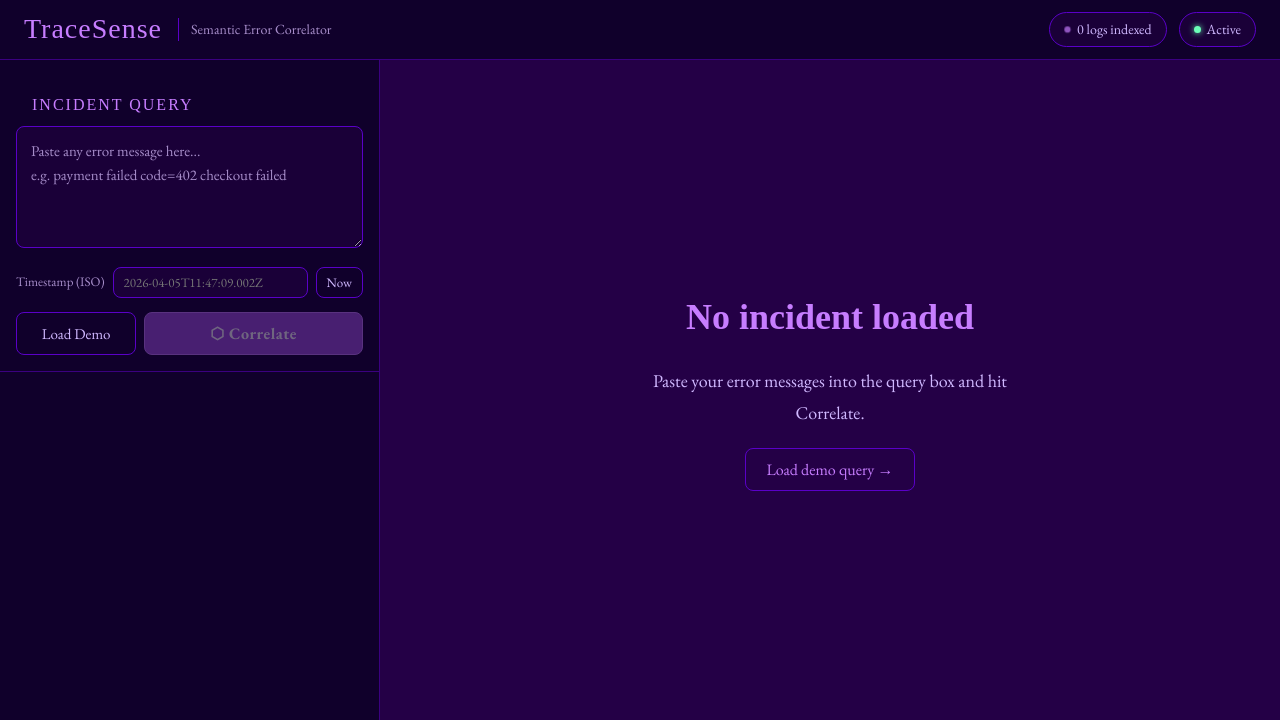
Repository: SaranyaM15/AI_Engineer_Journey
Page: / (app in tracesense/frontend/)
The author's editor kept a copy of each file at every save. The page is drawn from the files as they stood at one save, then again after the next save.
The browser window is 1280 px wide. The pictures show the whole page.
The page's requests for data from a server got no answer. Some web fonts or font styles are not loaded; a fallback is used. The project was rebuilt for these pictures with package versions that can differ from the ones it lists, and the page was loaded fresh each time. No one was signed in, and anything a server would have sent is missing. Also part of the build but not shown: tracesense/frontend/vite.config.js, tracesense/frontend/src/components/Timeline.jsx, tracesense/frontend/src/components/LogFeed.jsx.

Above is the page before, as saved 2026-04-05 19:14:48.

After the next save:
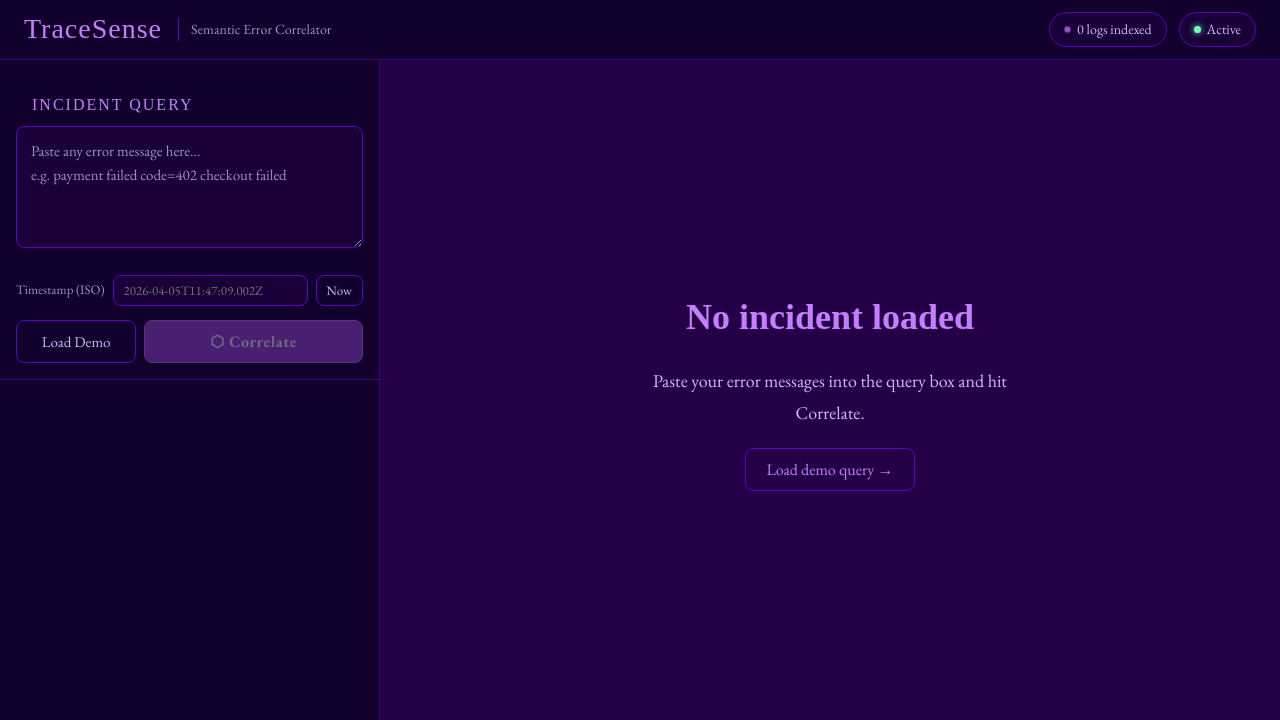
Saved 4 min 27 s later.
--- a/tracesense/frontend/src/App.css
+++ b/tracesense/frontend/src/App.css
@@ -163,7 +163,7 @@ body {
 .query-input:focus         { border-color: var(--accent); }
 .query-input::placeholder  { color: var(--text3); }
 
-.ts-row { display: flex; align-items: center; gap: 8px; margin-top: 12px; }
+.ts-row { display: flex; align-items: center; gap: 8px; margin-top: 20px; }
 
 .ts-label {
   font-family: var(--garamond);
